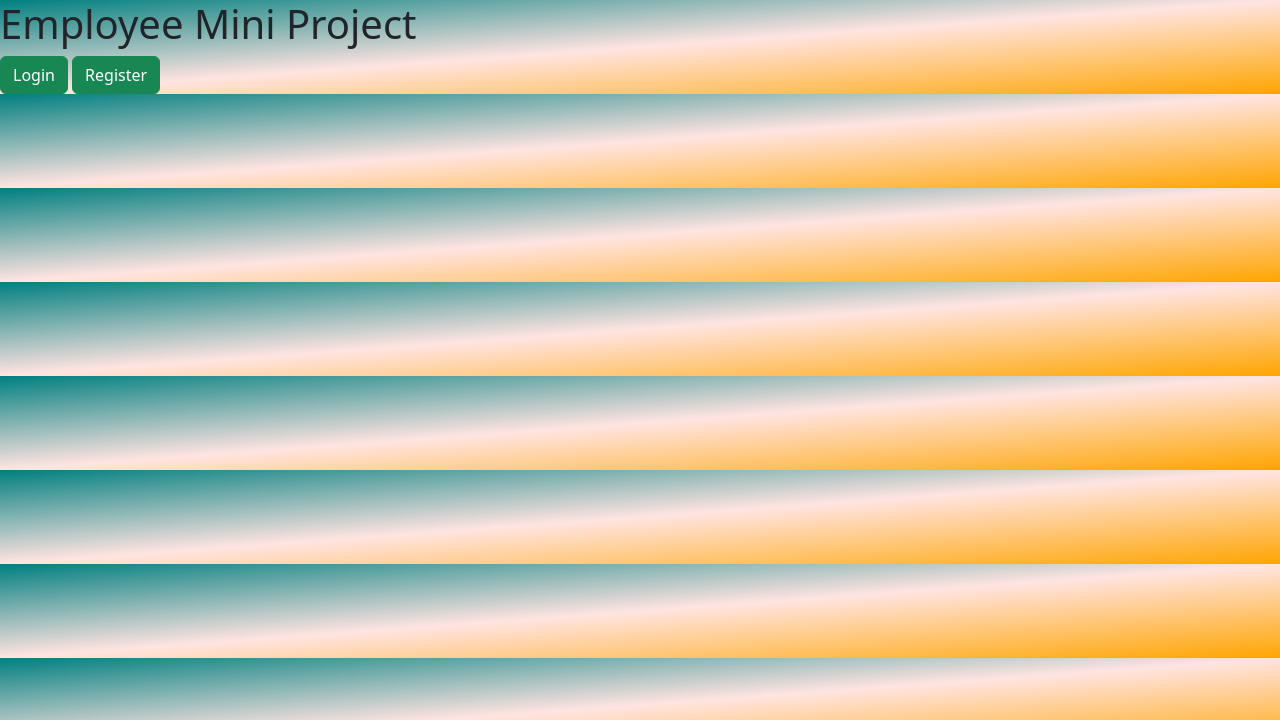
Repository: mca45034/MiniProjectp3
Page: http://localhost/miniproject/
The author's editor kept a copy of each file at every save. The page is drawn from the files as they stood at one save, then again after the next save.
The browser window is 1280 px wide. The pictures show the whole page.
The page is served by Tomcat 9.

Above is the page before, as saved 2024-03-03 14:59:31.

After the next save:
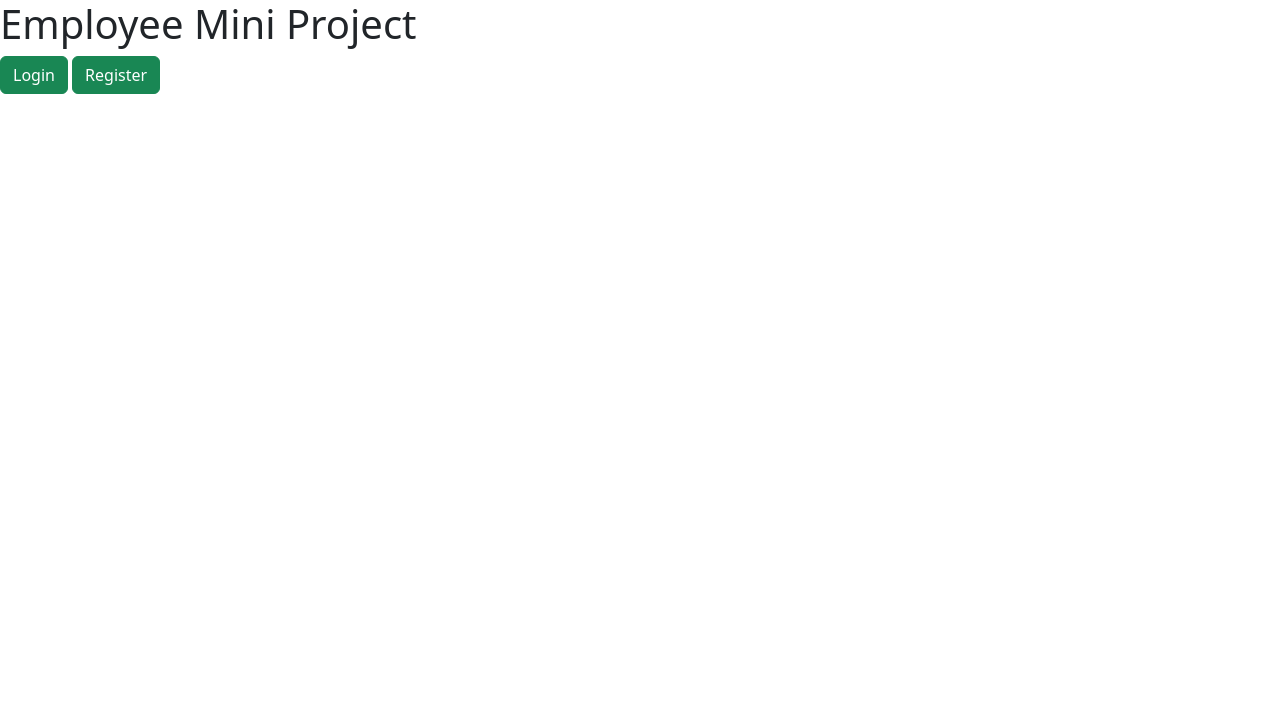
Saved 51 s later.
--- a/project/miniproject/src/main/webapp/index.jsp
+++ b/project/miniproject/src/main/webapp/index.jsp
@@ -8,9 +8,9 @@
 <link rel="stylesheet" href="https://cdn.jsdelivr.net/npm/bootstrap@5.2.3/dist/css/bootstrap.min.css">
 <style type="text/css">
 body{
-    background-image: linear-gradient(to bottom right,Teal,MistyRose,Orange);
-    background-size: cover;
-	background-repeat: no repeat;
+    background-image: linear-gradient(to bottom right,Teal,MistyRose,Orange)no-repeat fixed ;
+  /*   background-size: cover;
+	background-repeat: no repeat; */
     }
     </style>
 
